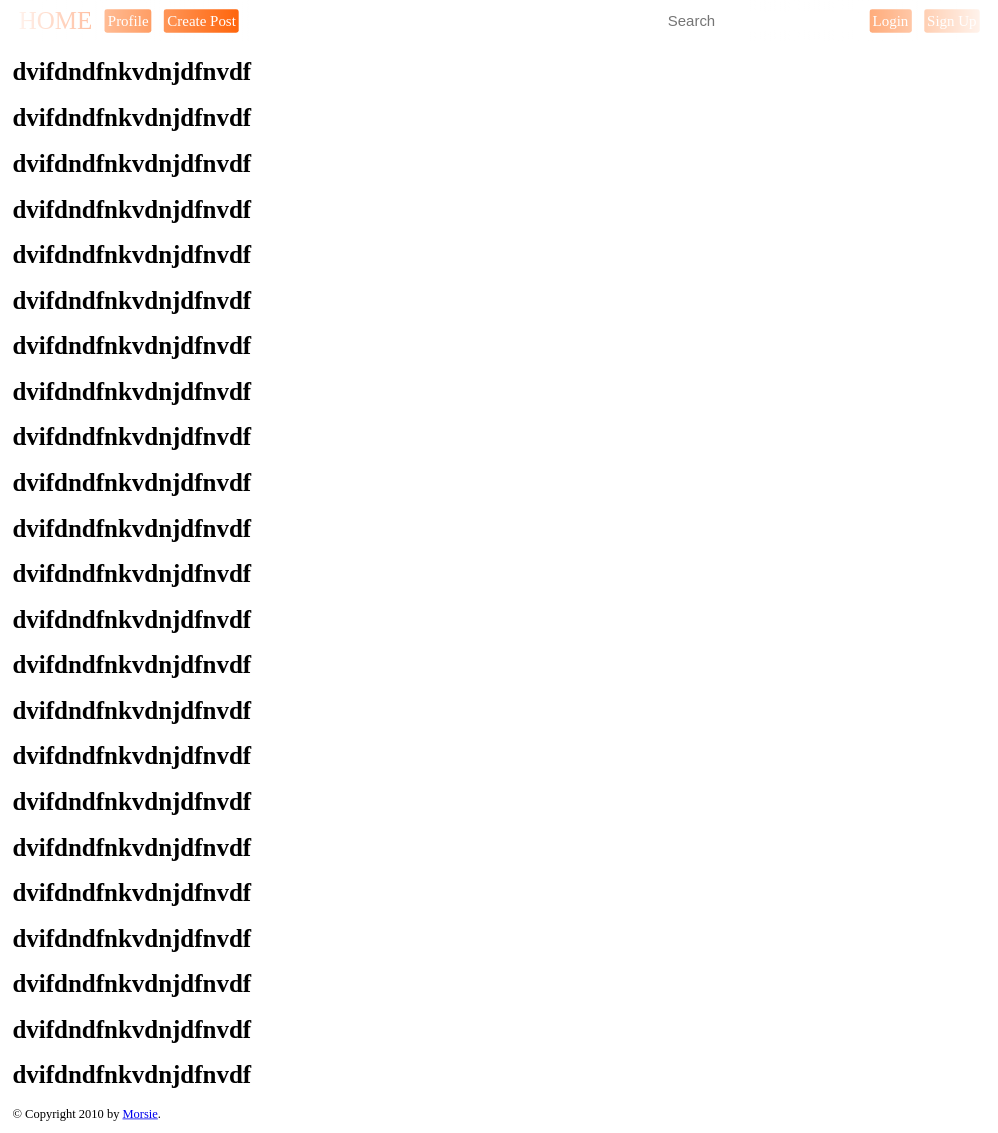
Repository: MorsChen/python-blog
Page: templates/navbar.html
An editor plug-in stored every save of this project. The page is shown before and after the next save, followed by the edit.
The browser window is 1280 px wide. The pictures show the whole page, at 78% of full size.
The page is served by the project's application, run on Flask 3 (default.py). The template is opened directly, without the code that normally fills it, so the values that code supplies are empty.

Above is the page before, as saved 2019-09-09 17:30:14.

After the next save:
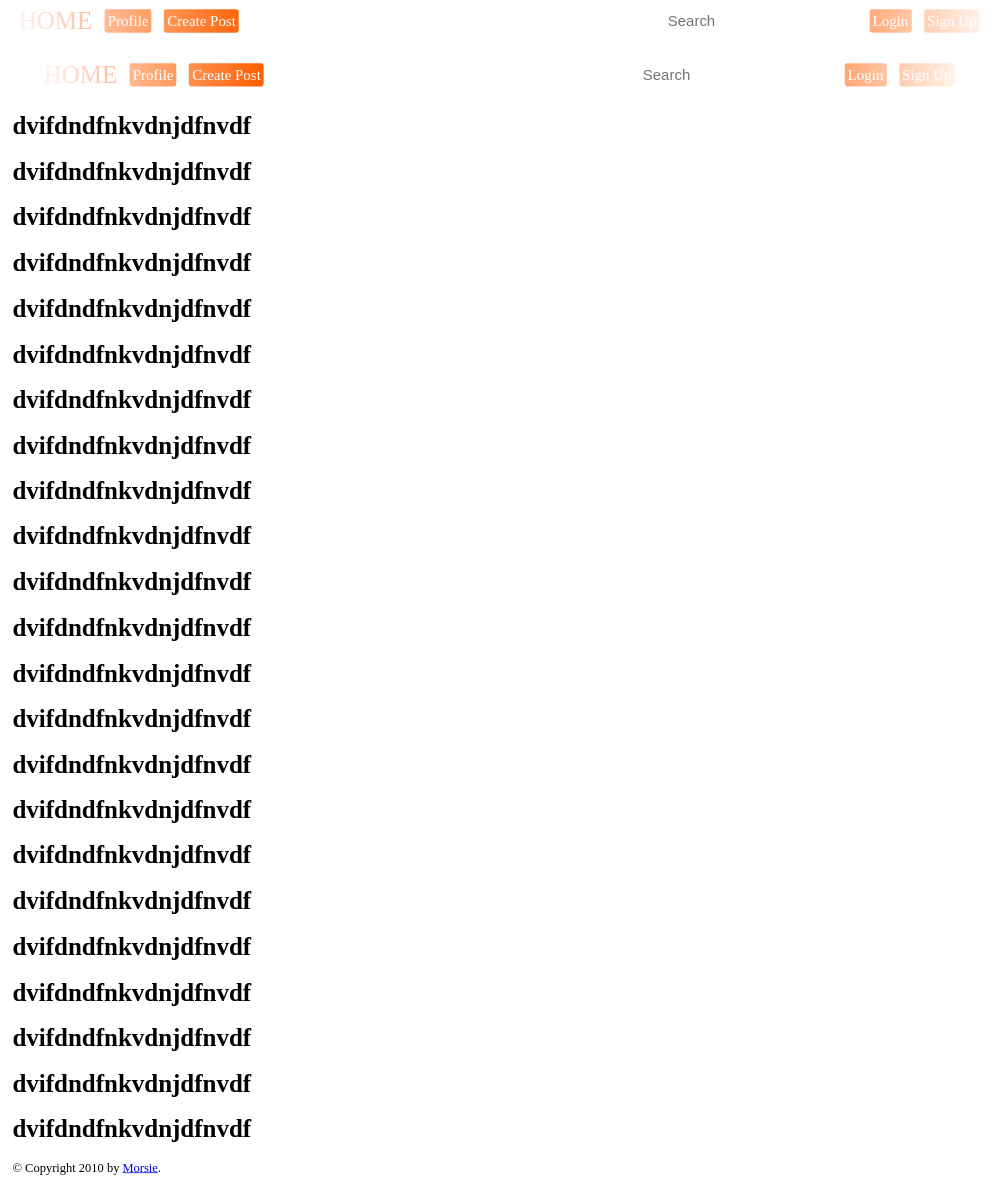
Saved 96 s later.
--- a/templates/navbar.html
+++ b/templates/navbar.html
@@ -1,4 +1,5 @@
 {% extends 'index.html' %}
+{% block content %}
 <nav class="NavBar">
         <div class="nav-box-content">
             <div class="nav-box1">
@@ -13,3 +14,4 @@
             </div>
         </div>
       </nav>
+      {% endblock%}
